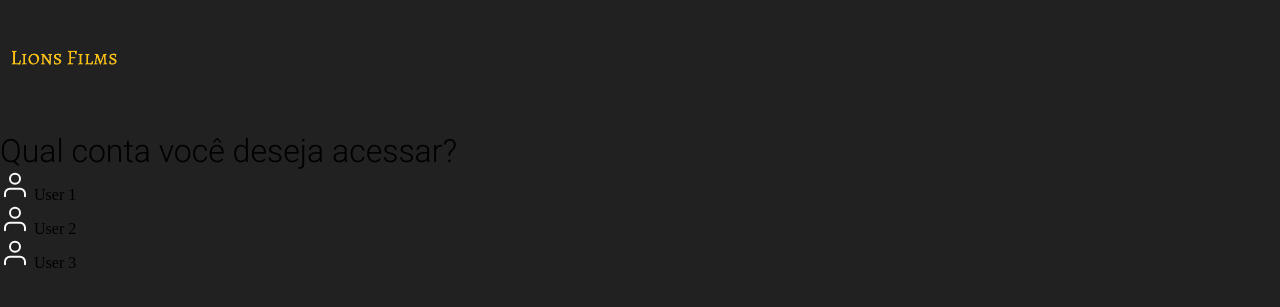
Repository: Leonngc/streaming-project
Page: index.html
An editor plug-in stored every save of this project. The page is shown before and after the next save, followed by the edit.
The browser window is 1280 px wide. The pictures show the whole page.
The style sheet was rebuilt from its Sass, Less or Tailwind sources for each picture, by a compiler version that may differ from the author's.

Above is the page before, as saved 2023-09-01 20:16:27.

### index.html
<!DOCTYPE html>
<html lang="pt">
<head>
    <meta charset="UTF-8">
    <meta name="viewport" content="width=device-width, initial-scale=1.0">
    <title>Tela de Login</title>
    <link rel="stylesheet" href="styles/style.css">
</head>
<body>
    <header>
        <img src="streaming-assets/logo.png" alt="" class="logo small-container">
    </header>
    <main>
        <h1 class="roboto f300 font-title">Qual conta você deseja acessar?</h1>
        <div class="user-container">
            <div class="users">
                <img src="streaming-assets/user.svg" alt="">
                <span>User 1</span>
            </div>
            <div class="users">
                <img src="streaming-assets/user.svg" alt="">
                <Span>User 2</Span>
            </div>
            <div class="users">
                <img src="streaming-assets/user.svg" alt="">
                <span>User 3</span>
            </div>
        </div>
    </main>
</body>
</html>

### styles/style.scss
@use "_core.scss";

*{
    padding: 0;
    margin: 0;
    box-sizing: border-box;
}

body{
    background-color: core.$eerie-black;
}

### styles/_core.scss
//CDN Google Fonts
@import url('https://fonts.googleapis.com/css2?family=Roboto:ital,wght@0,100;0,300;0,400;0,500;0,700;0,900;1,100;1,300;1,400;1,500;1,700;1,900&display=swap');
// CORES

$yellow-amber: #ffc107;
$eerie-black: #212121;
$white: #fff;
$pigment-green: #4CAF50;
$giants-orange: #FF5722;

// Fonts
.roboto{ font-family: Roboto, 'sans-serif';}
.font-small{font-size:.8rem;}
.font-base{font-size: 1rem;}
.font-title{ font-size: 2rem;}

.f100{font-weight: 100;}
.f200{font-weight: 200;}
.f300{font-weight: 300;}
.f400{font-weight: 400;}
.f500{font-weight: 500;}
.bold{font-weight: bold;}
.lighter{font-weight: lighter;}
// Tamanhos
    // Widths
.small-container{width:10vw;}
.midle-container{width:50vw;}
.max-container{width:100vw;}

    // heights
.small-height{height:30vh;}
.midle-height{height:50vh;}
.max-height{height: 100vh;}

After the next save:
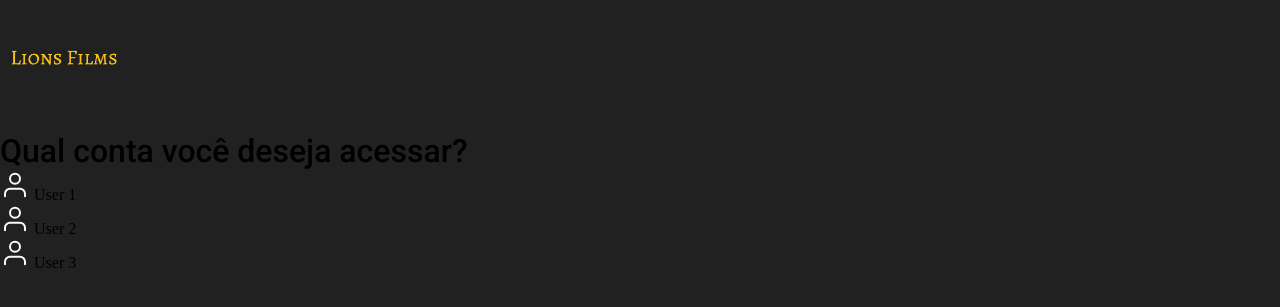
Saved 12 s later.
--- a/index.html
+++ b/index.html
@@ -11,7 +11,7 @@
         <img src="streaming-assets/logo.png" alt="" class="logo small-container">
     </header>
     <main>
-        <h1 class="roboto f300 font-title">Qual conta você deseja acessar?</h1>
+        <h1 class="roboto f500 font-title">Qual conta você deseja acessar?</h1>
         <div class="user-container">
             <div class="users">
                 <img src="streaming-assets/user.svg" alt="">
